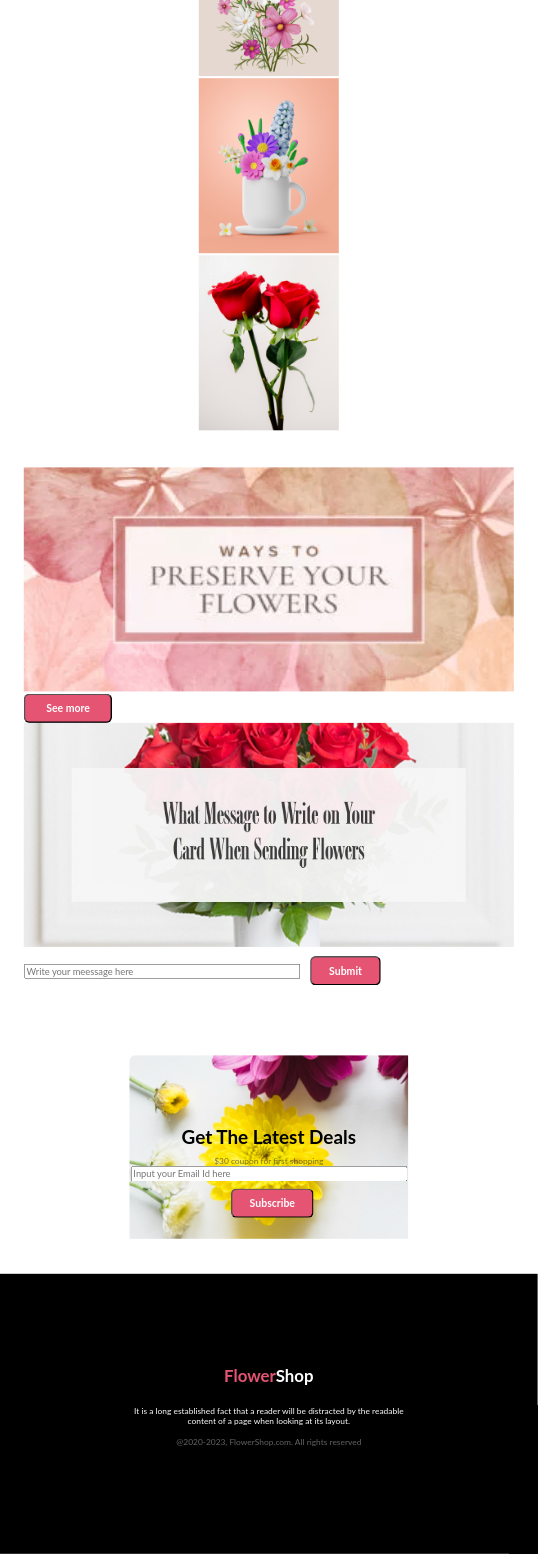
Repository: sadiaafsana138/Flower-Shop_Responsive
Page: index.html
The author's editor kept a copy of each file at every save. The page is drawn from the files as they stood at one save, then again after the next save.
The browser window is 768 px wide. The pictures show the part of the page from y = 3074 to 5314 px (the page is 5294 px tall before and 5314 px after), at 70% of full size.

Above is the page before, as saved 2023-09-07 06:17:17.

After the next save:
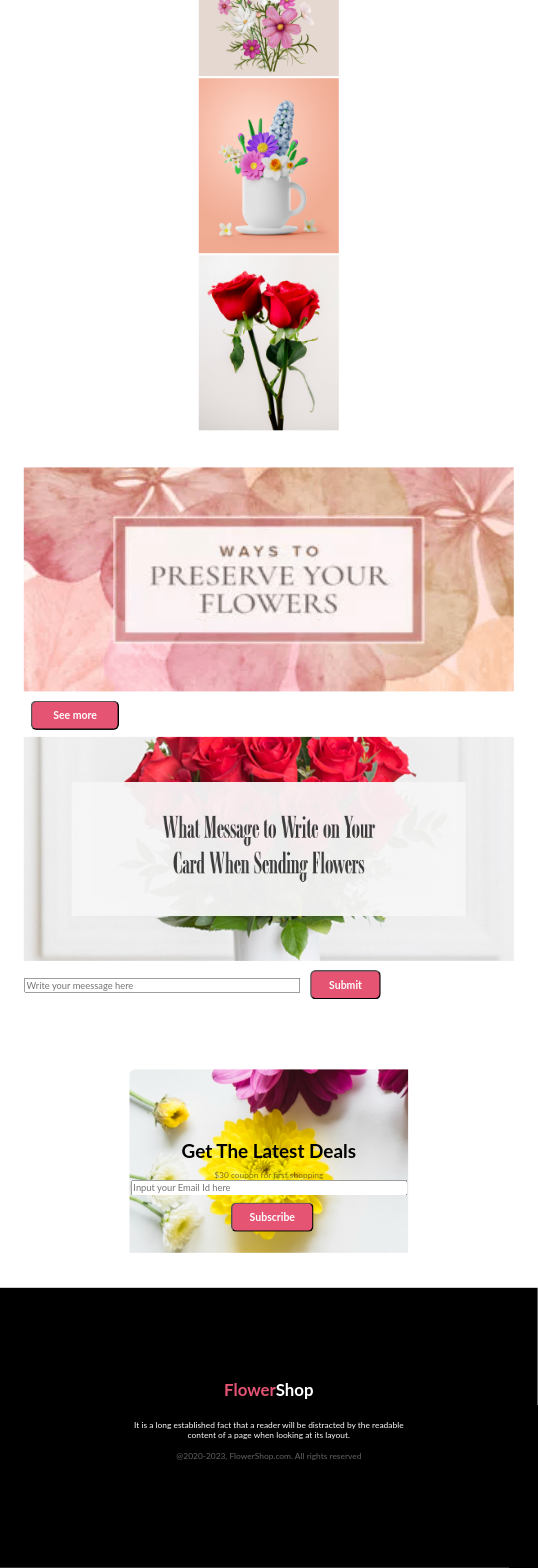
Saved 21 s later.
--- a/Flower.css
+++ b/Flower.css
@@ -229,7 +229,7 @@
         margin: 10px 0px 0px 10px;
     }
     .ways{
-        margin: auto ;
+        margin: 10px;
     }
 
 }
